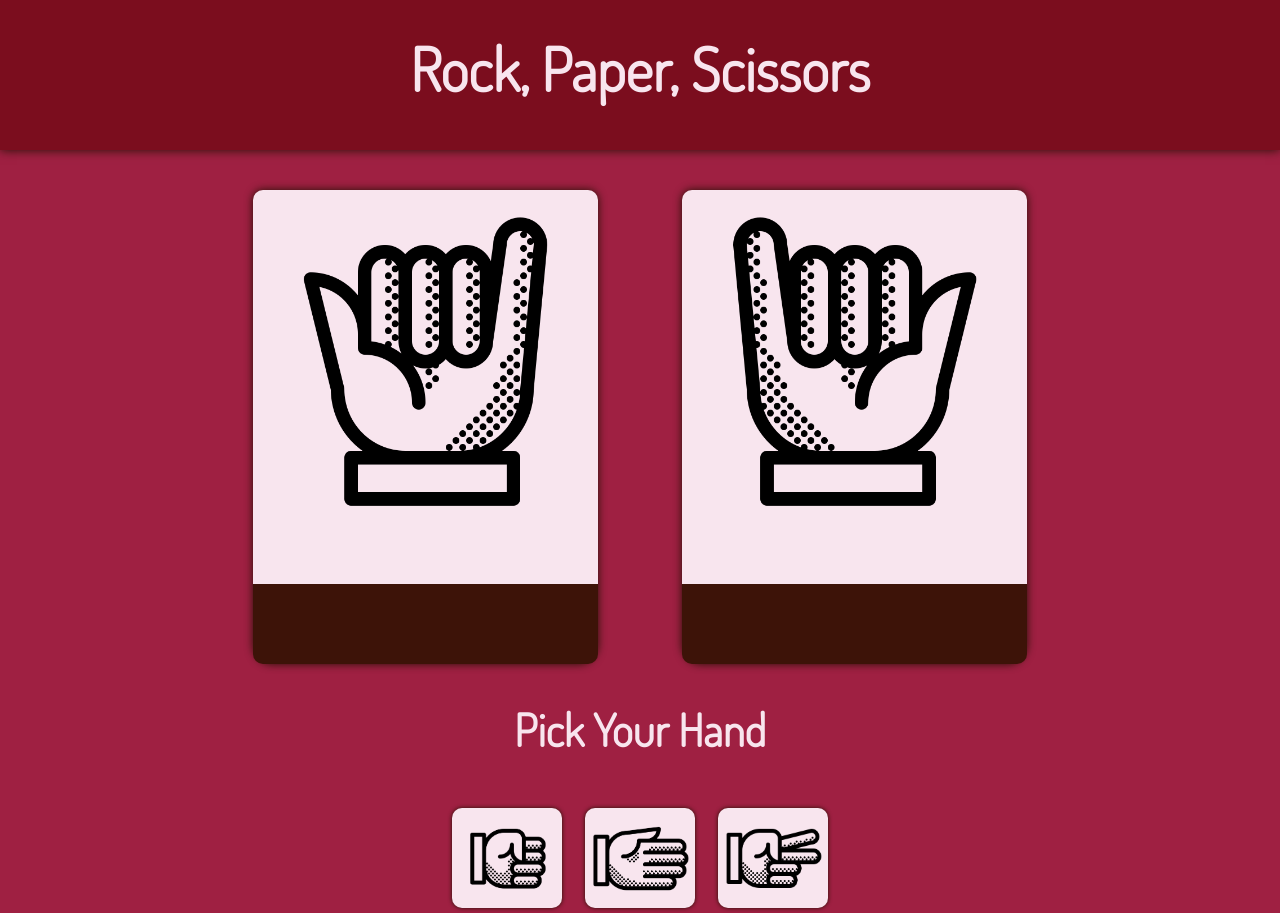
Repository: shayanabedi98/rock-paper-scissors
Page: index.html
An editor plug-in stored every save of this project. The page is shown before and after the next save, followed by the edit.
The browser window is 1280 px wide. The pictures show the whole page.

Above is the page before, as saved 2023-07-14 01:45:43.
Console error: TypeError: Cannot set properties of null (setting 'innerHTML')

### index.html
<!DOCTYPE html>
<html lang="en">
<head>
    <meta charset="UTF-8">
    <meta name="viewport" content="width=device-width, initial-scale=1.0">
    <title>Rock, Paper, Scissors</title>
    <link rel="preconnect" href="https://fonts.googleapis.com">
    <link rel="preconnect" href="https://fonts.gstatic.com" crossorigin>
    <link href="https://fonts.googleapis.com/css2?family=Dosis:wght@300&display=swap" rel="stylesheet">
    <link rel="stylesheet" href="styles.css">
</head>
<body>
    <div class="header">
        <h1>Rock, Paper, Scissors</h1>
    </div>
    <div class="container">
        <div class="card">
            <div class="player">
                <img src="resources/startleft.png" alt="Starting image before game">
                <h3></h3>
            </div>
        </div>
        <div class="card">
            <div class="computer">
                <img src="resources/start.png" alt="Starting image before game">
                <h3></h3>
            </div>
        </div>
    </div>
    <div class="caption">
        <h2>Pick Your Hand</h2>
    </div>
    <div class="button-container">
        <button class="btn" id="rock"><img src="resources/rockleft.png" alt="rock option"></button>
        <button class="btn" id="paper"><img src="resources/paperleft.png" alt="paper option"></button>
        <button class="btn" id="scissors"><img src="resources/scissorsleft.png" alt="scissors option"></button>
    </div>
    <script src="index.js"></script>
</body>
</html>

### styles.css
body {
    font-family:'Dosis', sans-serif;
    margin: 0;
    padding: 0;
    background-color: #9F2042;
    color: #F8E5EE;
}

h1 {
    font-size: 60px;
    margin-top: 0;

}

.header {
    text-align: center;
    background-color: #7B0D1E;
    height: 120px;
    padding-top: 30px;
    box-shadow: 0 0 10px 0 #211103;
}

.caption {
    text-align: center;
    font-size: 30px;
}

.container {
    text-align: center;
    display: block;
    margin-top: 40px;
}

.card {
    display: inline-block;
    background-color: #F8E5EE;
    box-shadow: 0 0 8px 0 #211103;
    margin: 0 40px;
    border-radius: 10px 10px 20px 20px;
}

.card img {
    height: 350px;
    width: 345px;
}

.card h3 {
    font-size: 40px;
    color: #F8E5EE;
    background-color: #3D1308;
    margin-bottom: 0;
    height: 70px;
    padding-top: 10px;
    border-radius: 0  0 10px 10px;
}

.button-container {
    text-align: center;
    margin-top: 50px;
}

#rock, #paper, #scissors {
    font-family: 'Dosis', sans-serif;
    background-color: #F8E5EE;
    color: #211103;
    width: 110px;
    height: 100px;
    cursor: pointer;
    border: 0;
    border-radius: 10px;
    box-shadow: 0 0 4px 0 #211103;
    margin: 0 10px;
}

#rock img, #paper img, #scissors img {
    height: 100px;
}

#rock:hover, #paper:hover, #scissors:hover {
    box-shadow: 0 0 10px 0 #211103;
}

#rock:active, #paper:active, #scissors:active, #rock img:active, #paper img:active, #scissors img:active {
    box-shadow: none;
    height: 99px;
}

### index.js
var scoreP = 0;
var scoreC = 0;
document.querySelector('player h3').innerHTML = 'Player: ' + scoreP;
document.querySelector('computer h3').innerHTML = 'Player: ' + scoreC;
var caption = document.querySelector('.caption h2');
var rock = document.querySelector('#rock');
var paper = document.querySelector('#paper');
var scissors = document.querySelector('#scissors');
var computer = document.querySelector('.computer img');
var player = document.querySelector('.player img');
var btn = document.querySelectorAll('.btn');
var playerPick
var computerPick

function rng() {
    return Math.floor(Math.random() * 3) + 1;
};

rock.addEventListener('click', function() {
    player.src = 'resources/rockleft.png';
    playerPick = 'rock';
});
paper.addEventListener('click', function() {
    player.src = 'resources/paperleft.png';
    playerPick = 'paper';
});
scissors.addEventListener('click', function() {
    player.src = 'resources/scissorsleft.png';
    playerPick = 'scissors';
});

for (let i = 0; i < btn.length; i ++){
    btn[i].addEventListener('click', function() {
        rng();
        if (rng() === 1) {
            computer.src = 'resources/rock.png';
            computerPick = 'rock';
        } else if (rng() === 2) {
            computer.src = 'resources/paper.png';
            computerPick = 'paper';
        } else if (rng() === 3) {
            computer.src = 'resources/scissors.png';
            computerPick = 'scissors';
        }

        if (playerPick === computerPick) {
            caption.innerHTML = 'Tie!';
        } else if (playerPick === 'rock' && computerPick === 'paper') {
            caption.innerHTML = 'Point for Computer!';
            scoreC ++;
        } else if (playerPick === 'scissors' && computerPick === 'rock') {
            caption.innerHTML = 'Point for Computer!';
            scoreC ++;
        } else if (playerPick === 'paper' && computerPick === 'scissors') {
            caption.innerHTML = 'Point for Computer!'
            scoreC ++;
        } else if (playerPick === 'rock' && computerPick === 'scissors') {
            caption.innerHTML = 'Point for Player!';
            scoreP ++;
        } else if (playerPick === 'scissors' && computerPick === 'paper') {
            caption.innerHTML = 'Point for Player!';
            scoreP ++;
        } else if (playerPick === 'paper' && computerPick === 'rock') {
            caption.innerHTML = 'Point for Player!';
            scoreP ++;
        }
    });
};

After the next save:
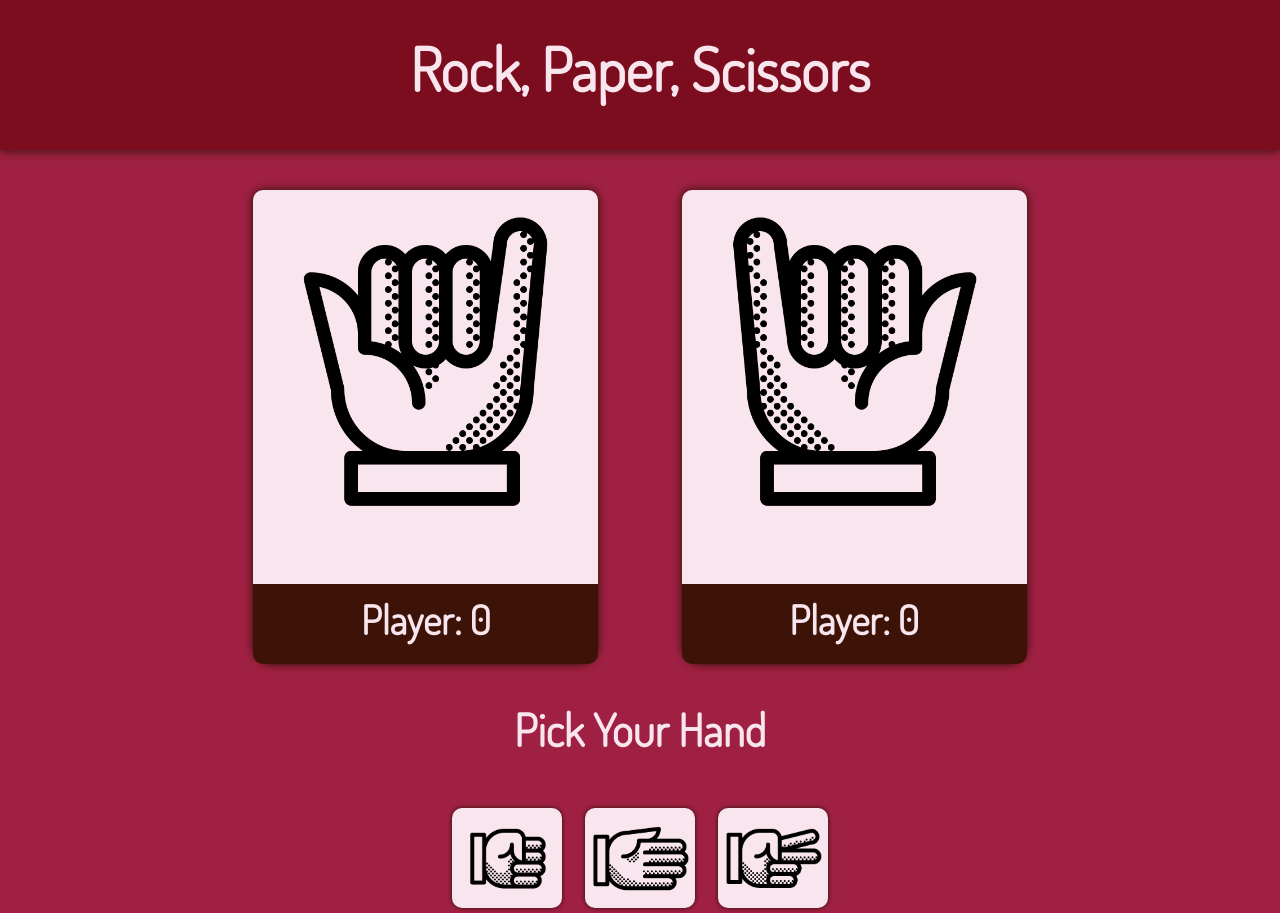
The error is gone.
Saved 37 s later.
--- a/index.js
+++ b/index.js
@@ -1,7 +1,7 @@
 var scoreP = 0;
 var scoreC = 0;
-document.querySelector('player h3').innerHTML = 'Player: ' + scoreP;
-document.querySelector('computer h3').innerHTML = 'Player: ' + scoreC;
+document.querySelector('.player h3').innerHTML = 'Player: ' + scoreP;
+document.querySelector('.computer h3').innerHTML = 'Player: ' + scoreC;
 var caption = document.querySelector('.caption h2');
 var rock = document.querySelector('#rock');
 var paper = document.querySelector('#paper');
